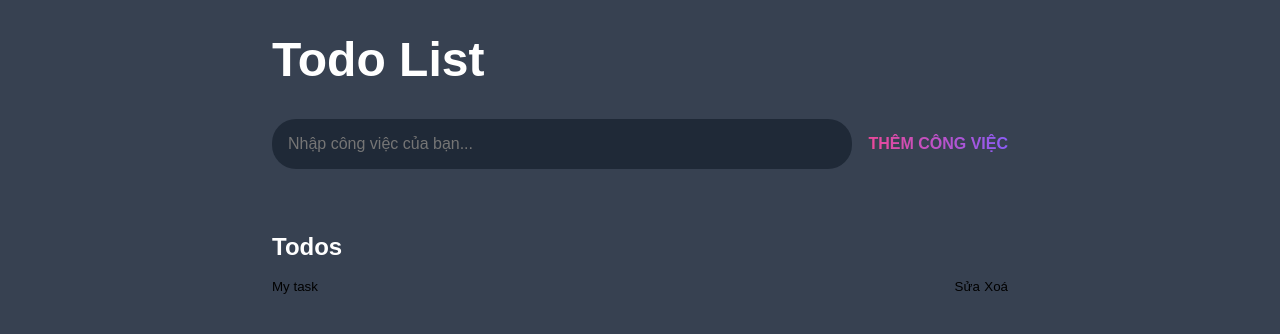
Repository: ntheanh/Todo-List
Page: index.html
An editor plug-in stored every save of this project. The page is shown before and after the next save, followed by the edit.
The browser window is 1280 px wide. The pictures show the whole page.
The style sheet was rebuilt from its Sass, Less or Tailwind sources for each picture, by a compiler version that may differ from the author's.

Above is the page before, as saved 2023-03-15 22:53:15.

### index.html
<!DOCTYPE html>
<html lang="en">
  <head>
    <meta charset="UTF-8" />
    <meta http-equiv="X-UA-Compatible" content="IE=edge" />
    <meta name="viewport" content="width=device-width, initial-scale=1.0" />
    <title>My Todo List</title>
    <link rel="stylesheet" href="style.css" />
  </head>
  <body>
    <header>
      <h1>Todo List</h1>
      <form action="" id="new-todo-form">
        <input
          id="new-todo-input"
          type="text"
          name="todo"
          placeholder="Nhập công việc của bạn... "
        />
        <input id="new-todo-submit" type="submit" value="Thêm Công Việc" />
      </form>
    </header>
    <main>
      <section class="task-list">
        <h2>Todos</h2>
        <div id="tasks">
          <div class="task">
            <div class="content">
              <input
                type="text"
                class="content_input"
                value="My task"
                readonly
              />
            </div>
            <div class="actons">
              <button class="edit">Sửa</button>
              <button class="delete">Xoá</button>
            </div>
          </div>
        </div>
      </section>
    </main>

    <script src="app.js"></script>
  </body>
</html>

### style.scss
:root {
  --dark: #374151;
  --darker: #1f2937;
  --darkest: #111827;
  --gray: #6b7280;
  --light: #eee;
  --pink: #ec4899;
  --purple: #8b5cf6;
}

* {
  margin: 0;
  padding: 0;
  box-sizing: border-box;
  font-family: "Poppins", sans-serif;
}

body {
  display: flex;
  flex-direction: column;
  min-height: 100vh;
  background: var(--dark);
  color: #fff;
}

header {
  padding: 2rem;
  width: 100%;
  max-width: 800px;
  margin: 0 auto;
  h1 {
    font-size: 3rem;
    font-weight: 600;
    margin-bottom: 2rem;
  }
}
#new-todo-form {
  display: flex;
}

input,
button {
  appearance: none;
  border: none;
  outline: none;
  background: none;
}

#new-todo-input {
  flex: 1 1 0%;
  background: var(--darker);
  padding: 1rem;
  border-radius: 1.5rem;
  margin-right: 1rem;
  color: var(--light);
  font-size: 1rem;
}
#new-todo-submit {
  color: var(--pink);
  font-size: 1rem;
  font-weight: 700;
  text-transform: uppercase;
  background: linear-gradient(to right, var(--pink), var(--purple));
  background-clip: text;
  -webkit-text-fill-color: transparent;
  transition: 0.4s;
  &:hover {
    opacity: 0.8;
  }
  &:active {
    opacity: 0.6;
  }
}

main {
  flex: 1 1 0%;
  width: 100%;
  max-width: 800px;
  margin: 0 auto;
  .task-list {
    padding: 2rem;
    h2 {
      font-size: 1.5rem;
      font-weight: 600;
      margin-bottom: 1rem;
    }
    #tasks .task {
      display: flex;
      justify-content: space-between;
    }
  }
}

Loaded but not shown: app.js (no stored copy; drawn as an empty file)

After the next save:
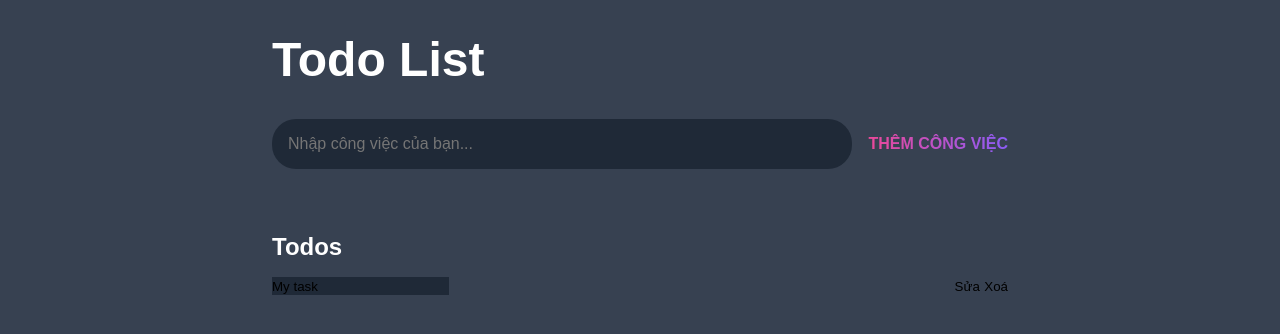
Saved 71 s later.
--- a/style.scss
+++ b/style.scss
@@ -87,6 +87,9 @@ main {
     #tasks .task {
       display: flex;
       justify-content: space-between;
+      .content {
+        background: var(--darker);
+      }
     }
   }
 }
